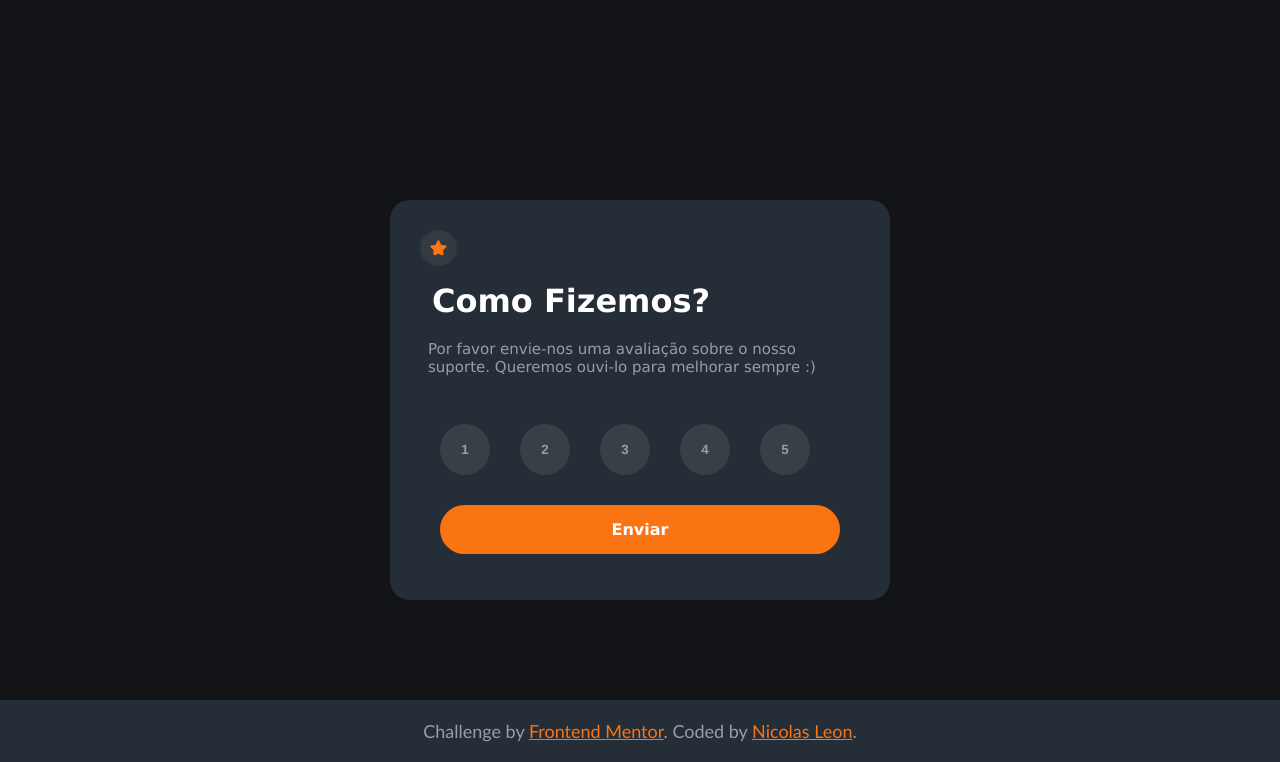
Repository: Leonngc/projeto-avaliacao
Page: index.html
These files come from the project's save history. The page is drawn as it stood at one moment and after the next save; the edit follows.
The browser window is 1280 px wide. The pictures show the whole page.
After loading, the first visible `button.rate-btn` was clicked once.

Above is the page before, as saved 2023-01-30 01:49:15.

After the next save:
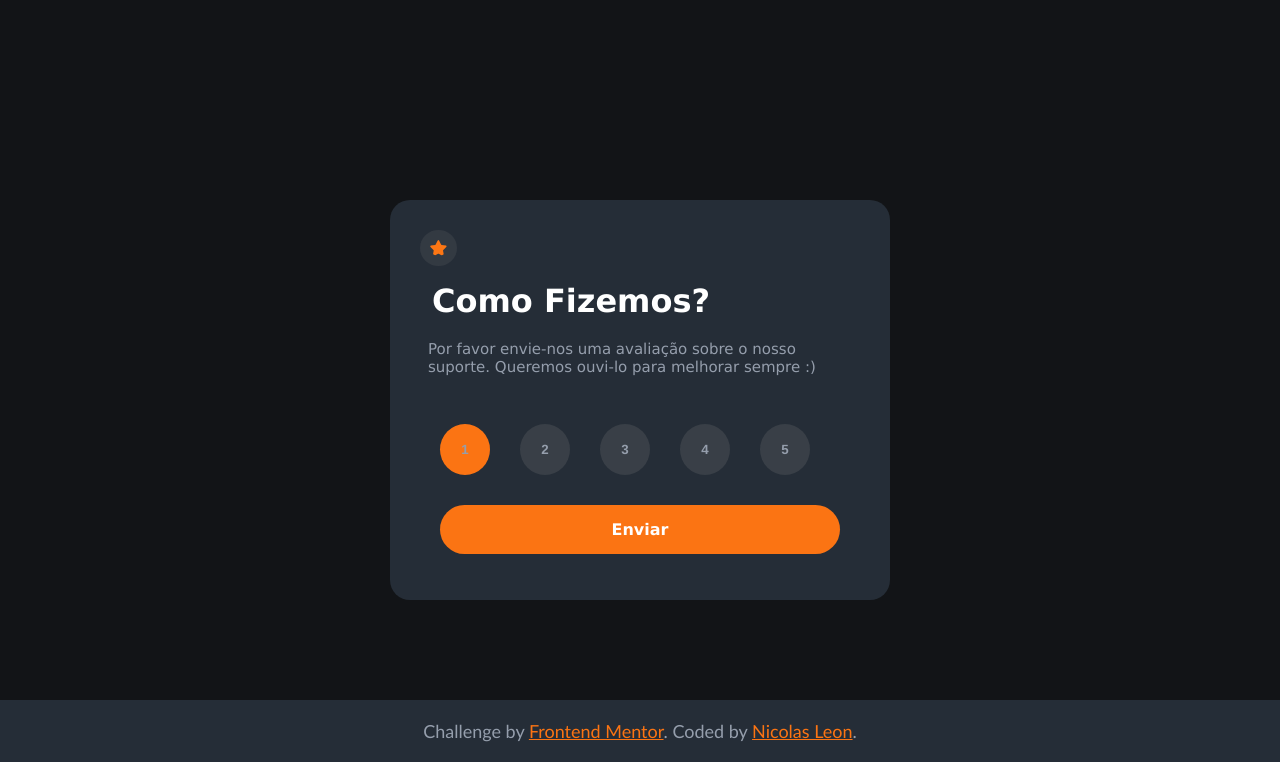
Saved 20 s later.
--- a/js/index.js
+++ b/js/index.js
@@ -8,6 +8,6 @@ sent.addEventListener('click', ()=>{
 
 rateBtn.forEach((rate) =>{
     rate.addEventListener("click", () =>{
-        rate.style.background = ""
+        rate.style.background = "hsl(25, 97%, 53%)"
     })
 });
